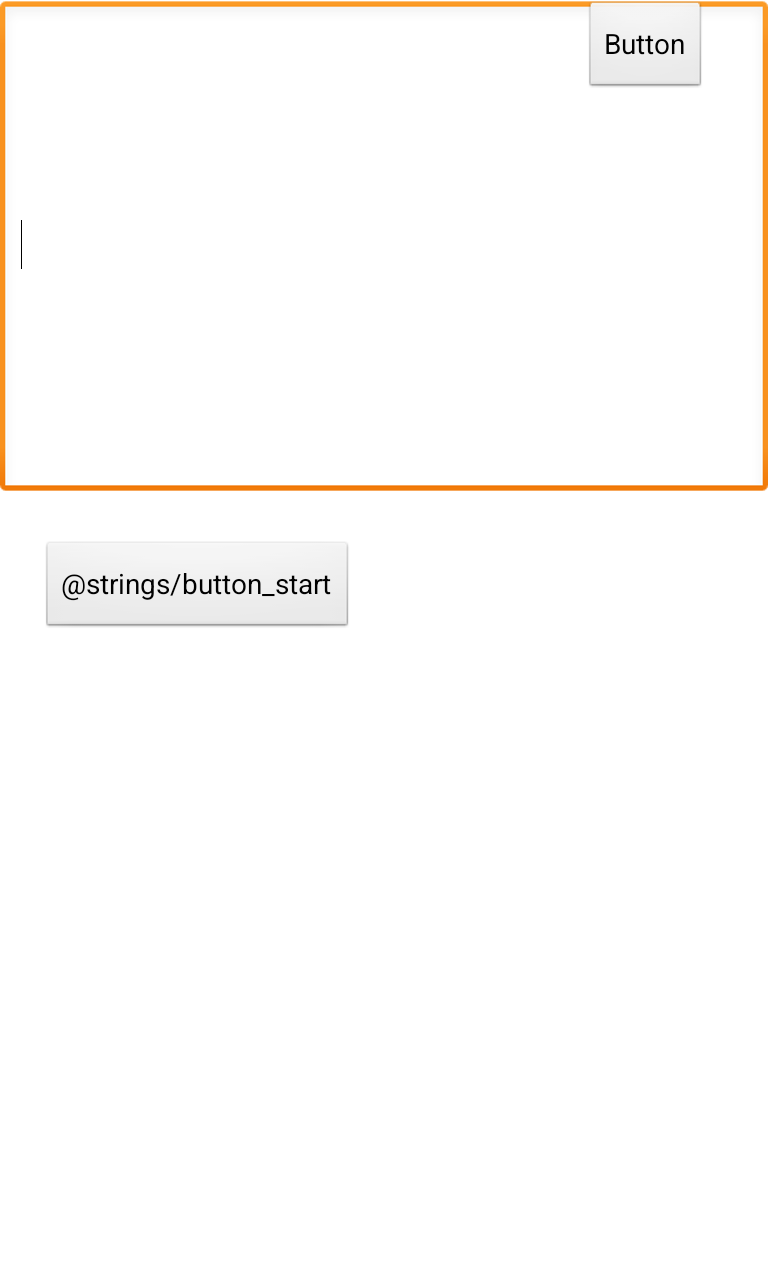
Repository: agejku/Embedded-Systems
Layout: Positionsensor/res/layout/activity_main.xml
These files come from the project's save history. The layout is drawn as it stood at one moment and after the next save; the edit follows.
It is drawn on a 768 x 1280 px phone screen (xhdpi) without system bars, with theme AppTheme; the app's code is not run.

Above is the layout before, as saved 2014-04-22 21:27:48.

After the next save:
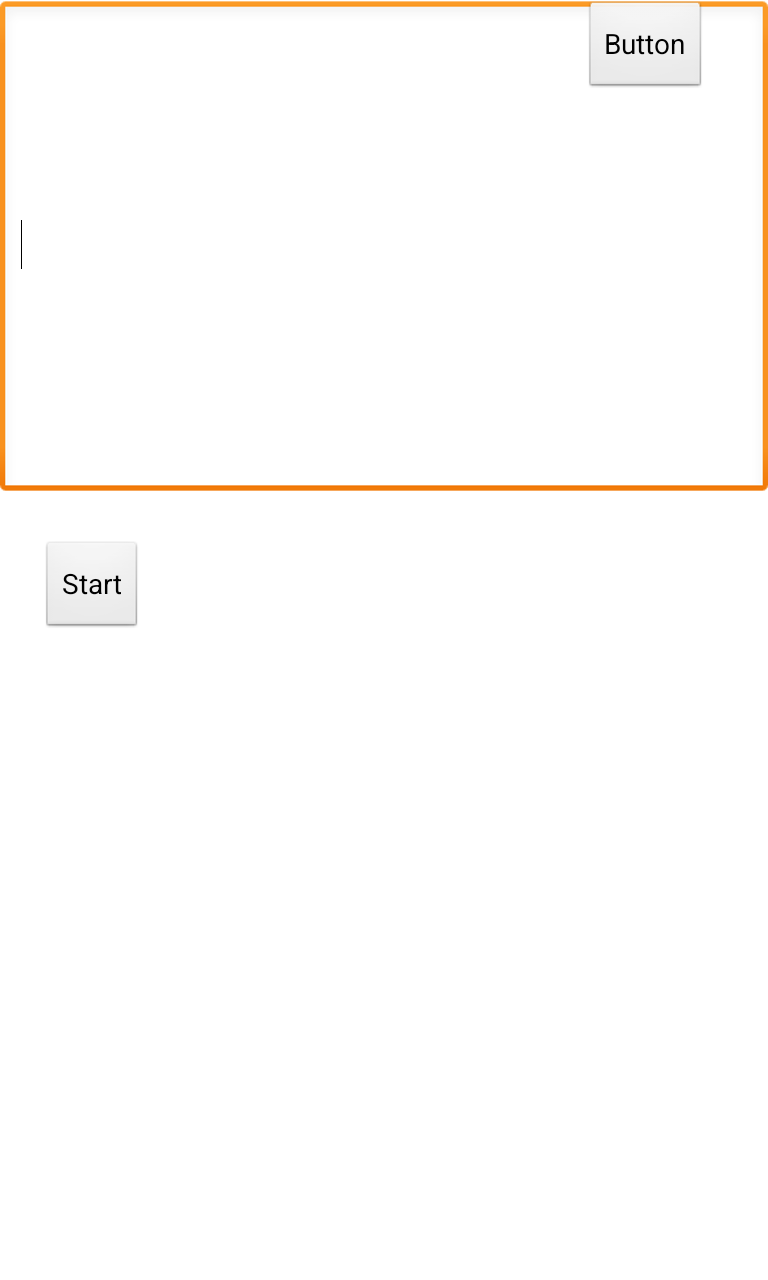
Saved 7 s later.
--- a/Positionsensor/res/layout/activity_main.xml
+++ b/Positionsensor/res/layout/activity_main.xml
@@ -54,7 +54,7 @@
             android:layout_below="@+id/editText1"
             android:layout_marginLeft="20dp"
             android:layout_marginTop="20dp"
-            android:text="@strings/button_start" />
+            android:text="@string/button_start" />
 
         <Button
             android:id="@+id/button2"
